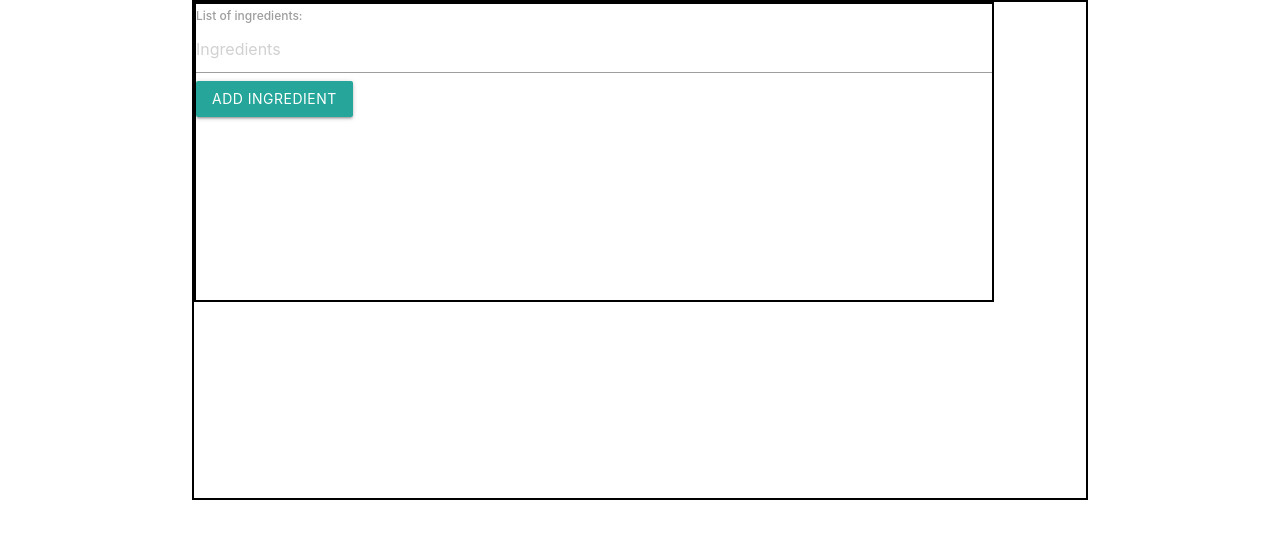
Repository: Aaron-R-Carter/Project1
Page: prototype.html
These files come from the project's save history. The page is drawn as it stood at one moment and after a run of saves; the edit follows.
The browser window is 1280 px wide. The pictures show the whole page.

Above is the page before, as saved 2019-10-31 20:55:08.
Console error: SyntaxError: Unexpected token '<'

### prototype.html
<!DOCTYPE html>
<html>

<head>
    <!--Import Google Icon Font-->
    <link href="https://fonts.googleapis.com/icon?family=Material+Icons" rel="stylesheet">
    <!--Import materialize.css-->
    <link rel="stylesheet" href="https://cdnjs.cloudflare.com/ajax/libs/materialize/1.0.0/css/materialize.min.css">
    <link rel="stylesheet" href="./prototype.css">
    <!--Let browser know website is optimized for mobile-->
    <meta name="viewport" content="width=device-width, initial-scale=1.0" />

</head>

<body>

    <div class="container">
        <div id="form-page">
        <form id="ingredient-form">
            <strong><label for="ingredient-input">List of ingredients:</label></strong>
            <br>
            <input type="text" id="ingredient-input" placeholder="Ingredients">

            <!-- Button will trigger new ingredient to be added -->
            <input id="add " class="btn btn-primary mb-2" type="submit" value="add ingredient">
        </form>

        <div id="ingredient-view-button"></div>
        </div>
    </div>



    <script src="https://code.jquery.com/jquery-3.4.1.min.js"
        integrity="sha256-CSXorXvZcTkaix6Yvo6HppcZGetbYMGWSFlBw8HfCJo=" crossorigin="anonymous"></script>
    <script src="https://cdnjs.cloudflare.com/ajax/libs/materialize/1.0.0/js/materialize.min.js"></script>
    <script src="./script.js"></script>

</body>

</html>

### prototype.css
#form-page {
    width: 100%;
    height: 500px;
    border: 2px solid black;
}

#ingredient-form {
    width: 800px;
    height: 300px;
    border: 2px solid black;
}

### script.js

    <div id="left-box">
    <form id="ingredient-form">
        <label for="ingredient-input">List of Ingredients:</label>
        <br>
        <input type="text" id="ingredient-input" placeholder="Ingredients">

        <!-- Button will trigger new ingredients to be added -->
        <input id="add " class="btn btn-primary mb-2" type="submit" value="Add a zipcode">
    </form>

    <div id="zipcode-view"></div>
</div>

After the next 3 saves:
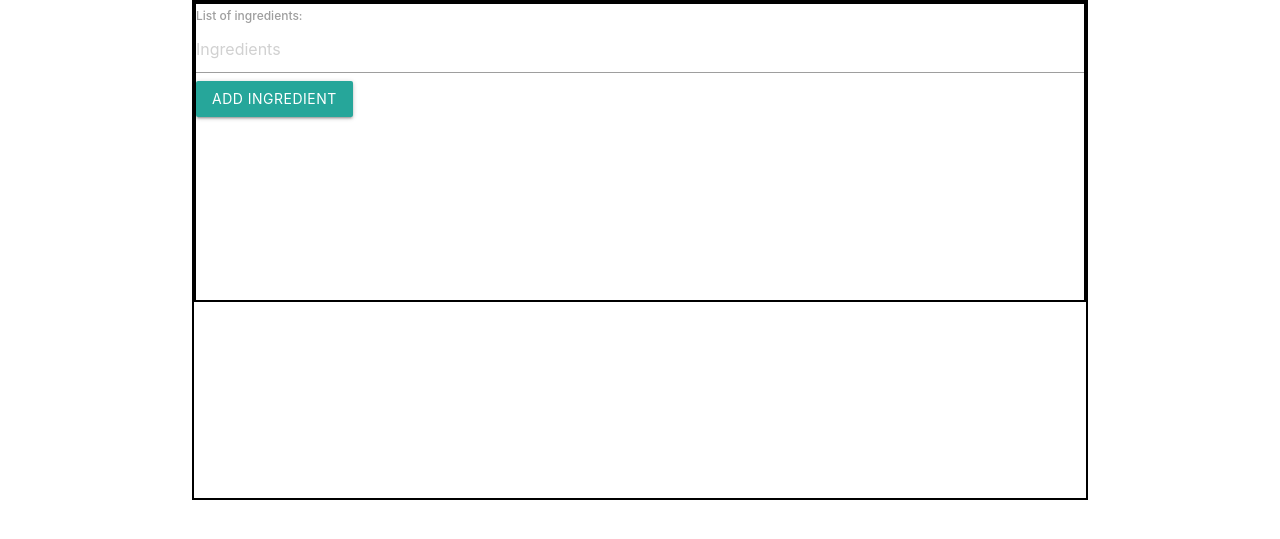
The 3 saves are shown as one change because they came seconds apart.
The last was saved 29 s later.
--- a/prototype.css
+++ b/prototype.css
@@ -5,7 +5,7 @@
 }
 
 #ingredient-form {
-    width: 800px;
+    width: 100%;
     height: 300px;
     border: 2px solid black;
 }
